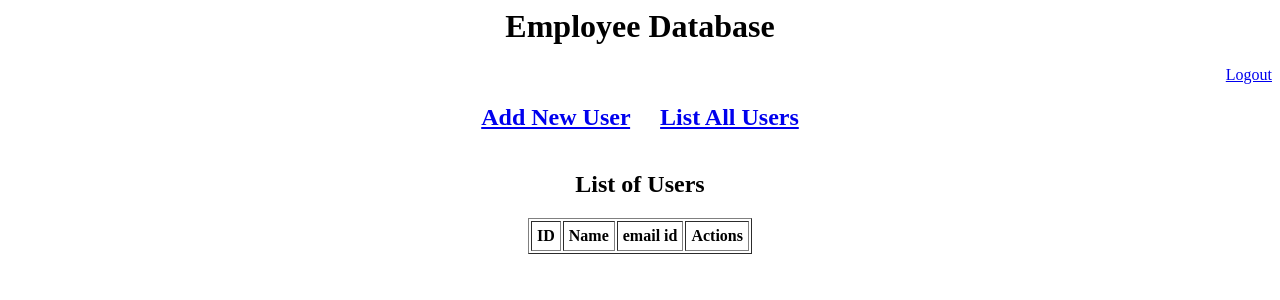
Repository: balu-sadanandan/demo-Shopping-cart-application
Page: http://localhost/shopping-cart/userlist.jsp
These files come from the project's save history. The page is drawn as it stood at one moment and after the next save; the edit follows.
The browser window is 1280 px wide. The pictures show the whole page.
The page is served by Tomcat 9.

Above is the page before, as saved 2017-09-15 08:36:33.

After the next save:
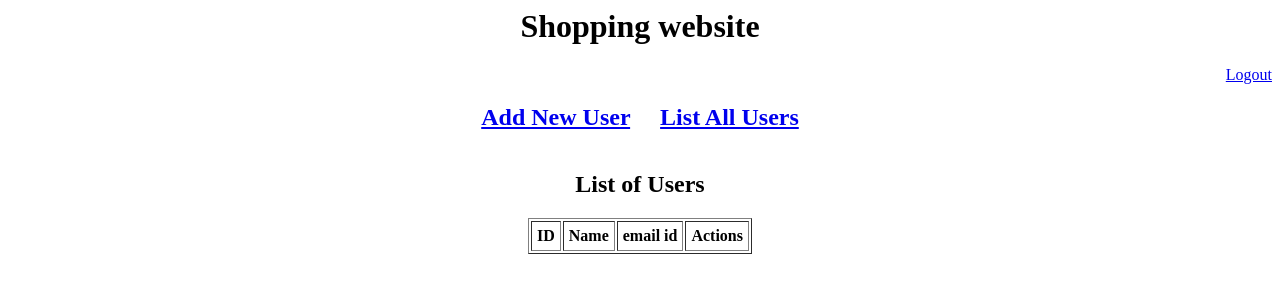
Saved 44 s later.
--- a/shopping-cart/WebContent/userlist.jsp
+++ b/shopping-cart/WebContent/userlist.jsp
@@ -3,11 +3,11 @@
 <%@ taglib uri="http://java.sun.com/jsp/jstl/core" prefix="c" %>
 <html>
 <head>
-    <title>Employee operations</title>
+    <title>random shopping site</title>
 </head>
 <body>
     <center>
-        <h1>Employee Database</h1>
+        <h1>Shopping website</h1>
     </center>
     <div align="right">
     <a href="logout">Logout</a>
